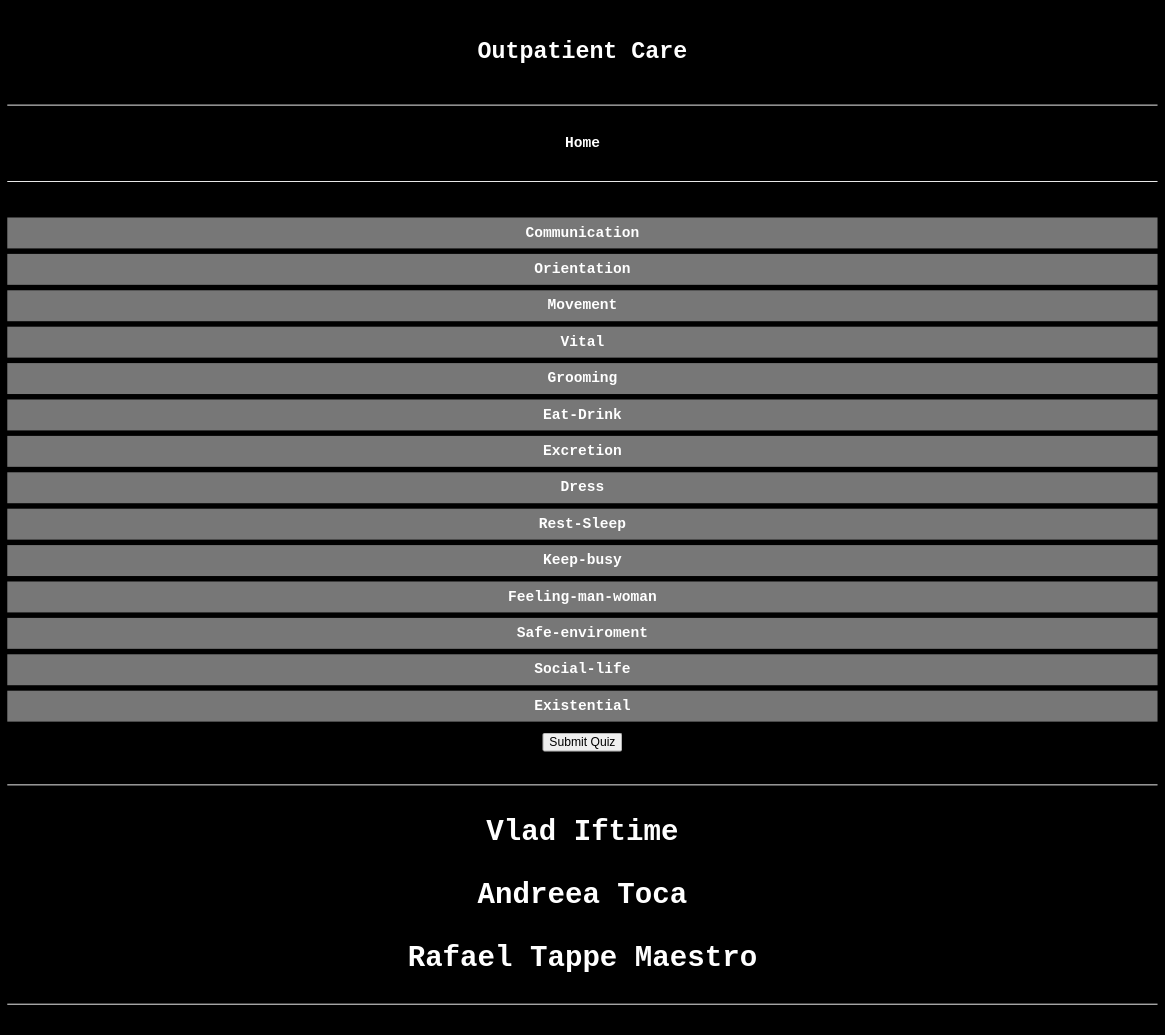
Repository: VladIftime/KnowledgeTechnology2019
Page: src/front/index.html
An editor plug-in stored every save of this project. The page is shown before and after a run of saves, followed by the edit.
The browser window is 1280 px wide. The pictures show the whole page, at 91% of full size.

Above is the page before, as saved 2020-01-11 20:15:38.

After the next 2 saves:
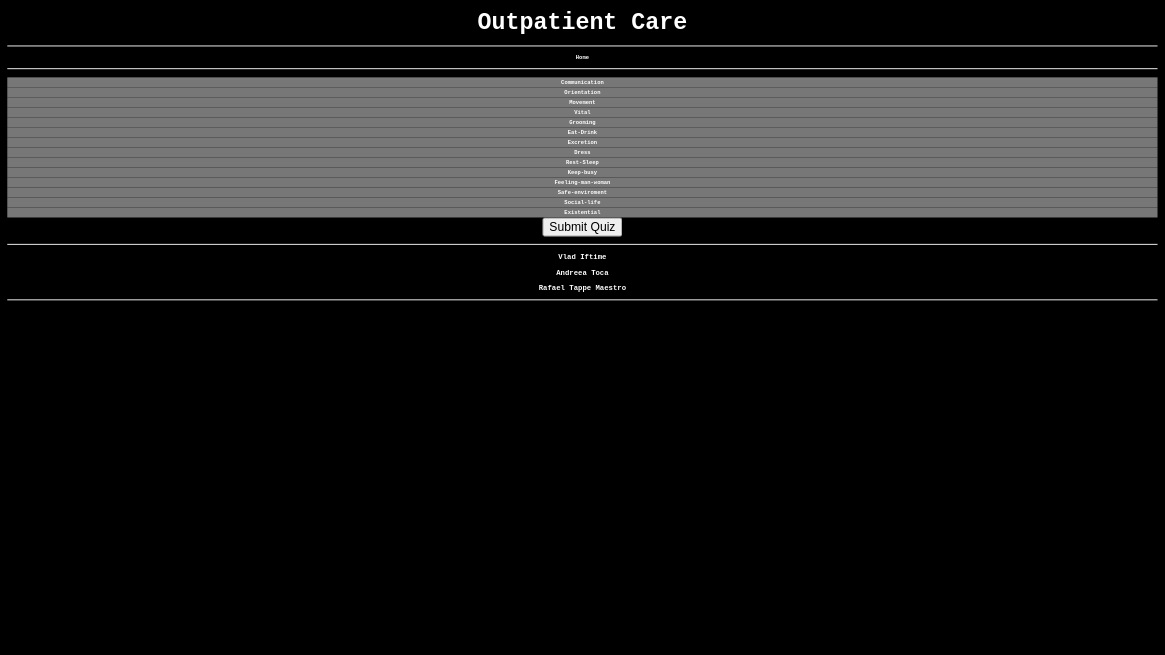
The 2 saves are shown as one change because they came seconds apart.
The last was saved 15 s later.
--- a/src/front/style.css
+++ b/src/front/style.css
@@ -13,7 +13,7 @@ html {
 }
 
 body {
-    font-size: 2em;
+    font-size: 50%;
     text-align: center;
 }
 
